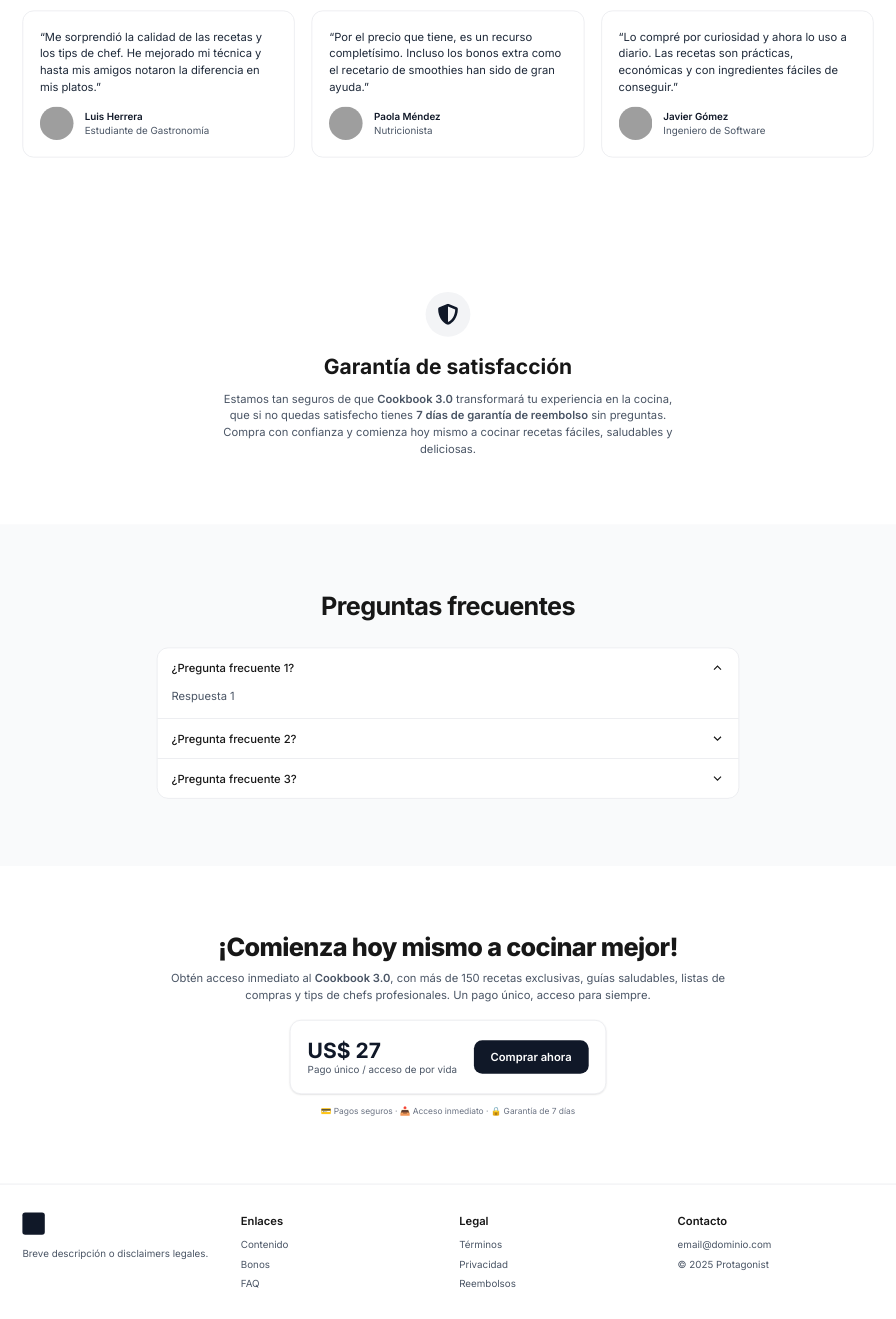
Repository: sazaba/pdfalzate
Page: /
These files come from the project's save history. The page is drawn as it stood at one moment and after the next save; the edit follows.
The browser window is 1280 px wide. The pictures show the part of the page from y = 2430 to 4350 px (the page is 4314 px tall before and 4350 px after), at 70% of full size.
Pictures or frames that could not be fetched are drawn as grey boxes. The project was rebuilt for these pictures with package versions that can differ from the ones it lists, and the page was loaded fresh each time. The framework's server and built-in components were replaced by stand-ins that run in the browser. Also part of the build but not shown: next.config.ts.

Above is the page before, as saved 2025-09-24 12:57:16.

### src/app/layout.tsx
import { Inter } from "next/font/google";
import "./globals.css";

const inter = Inter({ subsets: ["latin"] });

export default function RootLayout({ children }: { children: React.ReactNode }) {
  return (
    <html lang="es" suppressHydrationWarning>
      <body className={`${inter.className} min-h-screen bg-white text-gray-900 antialiased`}>
        {children}
      </body>
    </html>
  );
}

### src/app/page.tsx
import React from 'react'

import Navbar from "./components/Navbar";
import Hero from "./components/Hero";
import TrustBar from "./components/TrustBar";
import WhatYouGet from "./components/WhatYouGet";
import Bonuses from "./components/Bonuses";
import Testimonials from "./components/Testimonials";
import Guarantee from "./components/Guarantee";
import FAQ from "./components/FAQ";
import CTA from "./components/CTA";
import Footer from "./components/Footer";


export default function Page() {
  return (
    <main>
      <Navbar />
      <Hero />
      <TrustBar />
      <WhatYouGet />
      <Bonuses />
      <Testimonials />
      <Guarantee />
      <FAQ />
      <CTA />
      <Footer />
    </main>
  );
}

### src/app/globals.css
@import "tailwindcss";


:root {
  --background: #ffffff;
  --foreground: #171717;
}

@theme inline {
  --color-background: var(--background);
  --color-foreground: var(--foreground);
  --font-sans: var(--font-geist-sans);
  --font-mono: var(--font-geist-mono);
}

@media (prefers-color-scheme: dark) {
  :root {
    --background: #0a0a0a;
    --foreground: #ededed;
  }
}

body {
  background: var(--background);
  color: var(--foreground);
  font-family: Arial, Helvetica, sans-serif;
}

### src/app/components/Hero.tsx
import Image from "next/image";
import cook from '../images/cook.webp'

export default function Hero() {
  return (
    <section className="relative overflow-hidden">
      <div className="mx-auto max-w-7xl px-4 sm:px-6 lg:px-8 py-14 sm:py-20 grid items-center gap-10 lg:grid-cols-2">
        {/* Texto */}
        <div className="space-y-6">
          <p className="inline-flex items-center gap-2 rounded-full bg-gray-100 px-3 py-1 text-xs font-medium text-gray-700">
            <span>Lanzamiento</span>
            <span className="h-1 w-1 rounded-full bg-gray-400"></span>
            <span>Incluye 150+ recetas</span>
          </p>

          <h1 className="text-4xl sm:text-5xl lg:text-6xl font-extrabold tracking-tight leading-tight">
            COOKBOOK 3.0{" "}
            <br/>
            <span className="text-gray-500">(By RC Servicios Generales)</span>
          </h1>

          <p className="text-lg sm:text-xl text-gray-600">
            El eBook definitivo para cocinar en casa: recetas rápidas, saludables y
            sorprendentes listas en 15–30 minutos. Incluye menús semanales, lista de
            compras y variaciones para vegetarianos y carnívoros.
          </p>

          <div className="flex flex-col sm:flex-row items-stretch sm:items-center gap-3">
            <a
              href="#cta"
              className="inline-flex items-center justify-center rounded-lg bg-gray-900 px-5 py-3 text-white font-semibold"
            >
              Comprar ahora
            </a>
            <a
              href="#whatyouget"
              className="inline-flex items-center justify-center rounded-lg border border-gray-300 px-5 py-3 font-semibold"
            >
              Ver lo que incluye
            </a>
          </div>

          {/* Bullets rápidos */}
          <ul className="grid grid-cols-2 sm:grid-cols-3 gap-3 pt-4 text-sm text-gray-700">
            <li className="flex items-center gap-2">
              <span className="h-2 w-2 rounded-full bg-gray-900" />
              Descarga inmediata (PDF/EPUB)
            </li>
            <li className="flex items-center gap-2">
              <span className="h-2 w-2 rounded-full bg-gray-900" />
              Actualizaciones gratuitas
            </li>
            <li className="flex items-center gap-2">
              <span className="h-2 w-2 rounded-full bg-gray-900" />
              Garantía 7 días
            </li>
          </ul>
        </div>

        {/* Imagen/video */}
        <div className="relative aspect-[4/3] w-full rounded-2xl bg-gray-100 shadow-sm">
          {/* Deja el src vacío y reemplázalo por tu portada/mockup */}
          <Image alt="Portada de COOKBOOK 3.0" src={cook} fill className="object-cover rounded-2xl" />
        </div>
      </div>
    </section>
  );
}

### src/app/components/TrustBar.tsx
import { FaAmazon, FaCcVisa, FaCcPaypal, FaCcMastercard } from "react-icons/fa";

export default function TrustBar() {
  return (
    <section className="border-y border-gray-200 bg-gray-50">
      <div className="mx-auto max-w-7xl px-4 sm:px-6 lg:px-8 py-6 grid grid-cols-2 sm:grid-cols-4 gap-4 text-center text-sm text-gray-600">
        <div className="flex items-center justify-center gap-2 text-gray-700">
          <FaAmazon className="text-2xl" />
          <span className="hidden sm:inline">Amazon</span>
        </div>
        <div className="flex items-center justify-center gap-2 text-gray-700">
          <FaCcVisa className="text-2xl" />
          <span className="hidden sm:inline">Visa</span>
        </div>
        <div className="flex items-center justify-center gap-2 text-gray-700">
          <FaCcPaypal className="text-2xl" />
          <span className="hidden sm:inline">PayPal</span>
        </div>
        <div className="flex items-center justify-center gap-2 text-gray-700">
          <FaCcMastercard className="text-2xl" />
          <span className="hidden sm:inline">Mastercard</span>
        </div>
      </div>
    </section>
  );
}

### src/app/components/WhatYouGet.tsx
import { FaUtensils, FaLeaf, FaShoppingBasket } from "react-icons/fa";
import { GiChefToque } from "react-icons/gi"; // <- chef hat

export default function WhatYouGet() {
  const items = [
    {
      title: "Recetas exclusivas",
      desc: "Más de 150 recetas fáciles y rápidas para desayunos, almuerzos, cenas y postres, con instrucciones paso a paso.",
      icon: <FaUtensils className="text-2xl text-gray-900" />,
    },
    {
      title: "Guías de cocina saludable",
      desc: "Secciones dedicadas a opciones vegetarianas, veganas y sin gluten, pensadas para cuidar tu salud sin perder sabor.",
      icon: <FaLeaf className="text-2xl text-gray-900" />,
    },
    {
      title: "Listas de compras",
      desc: "Organiza tu semana con listas de compras prácticas y menús semanales que ahorran tiempo y dinero.",
      icon: <FaShoppingBasket className="text-2xl text-gray-900" />,
    },
    {
      title: "Tips de chef",
      desc: "Consejos profesionales para mejorar tus técnicas en la cocina: cortes, tiempos de cocción y trucos de presentación.",
      icon: <GiChefToque className="text-2xl text-gray-900" />, // <- reemplazo
    },
  ];

  return (
    <section id="whatyouget" className="py-16 sm:py-24">
      <div className="mx-auto max-w-7xl px-4 sm:px-6 lg:px-8">
        <div className="max-w-2xl mb-10">
          <h2 className="text-3xl sm:text-4xl font-bold tracking-tight">
            ¿Qué obtienes con Cookbook 3.0?
          </h2>
          <p className="mt-3 text-gray-600">
            Todo lo que necesitas para convertir tu cocina en un espacio creativo,
            organizado y lleno de sabor. Este ebook no es solo un recetario,
            es tu guía práctica para comer mejor cada día.
          </p>
        </div>

        <div className="grid gap-6 sm:grid-cols-2 lg:grid-cols-4">
          {items.map((it, i) => (
            <div key={i} className="rounded-2xl border border-gray-200 p-6 hover:shadow-sm transition">
              <div className="h-10 w-10 flex items-center justify-center rounded-lg bg-gray-100 mb-4">
                {it.icon}
              </div>
              <h3 className="font-semibold">{it.title}</h3>
              <p className="text-sm text-gray-600 mt-2">{it.desc}</p>
            </div>
          ))}
        </div>
      </div>
    </section>
  );
}

### src/app/components/Bonuses.tsx
import { FaBlender, FaMugHot, FaLeaf, FaFilePdf } from "react-icons/fa";

export default function Bonuses() {
  const bonuses = [
    {
      title: "Recetario de Smoothies",
      desc: "15 recetas exclusivas de batidos energéticos y saludables para complementar tu día.",
      value: "US$9",
      icon: <FaBlender className="text-2xl text-gray-900" />,
    },
    {
      title: "Guía de Cafés y Tés",
      desc: "Descubre combinaciones y trucos para preparar cafés y tés como un barista en casa.",
      value: "US$7",
      icon: <FaMugHot className="text-2xl text-gray-900" />,
    },
    {
      title: "Mini Ebook Veggie",
      desc: "10 recetas vegetarianas fáciles y deliciosas, ideales para tus menús semanales.",
      value: "US$5",
      icon: <FaLeaf className="text-2xl text-gray-900" />,
    },
    {
      title: "Planner Imprimible",
      desc: "Un planificador semanal en PDF para organizar tus comidas y listas de compras.",
      value: "US$4",
      icon: <FaFilePdf className="text-2xl text-gray-900" />,
    },
  ];

  return (
    <section id="bonuses" className="py-16 sm:py-24 bg-gray-50">
      <div className="mx-auto max-w-7xl px-4 sm:px-6 lg:px-8">
        <div className="max-w-2xl mb-10">
          <h2 className="text-3xl sm:text-4xl font-bold tracking-tight">
            Bonos incluidos
          </h2>
          <p className="mt-3 text-gray-600">
            Además del Cookbook 3.0, recibirás estos recursos extra para potenciar
            tu experiencia en la cocina.
          </p>
        </div>

        <div className="grid gap-6 sm:grid-cols-2 lg:grid-cols-4">
          {bonuses.map((b, i) => (
            <div
              key={i}
              className="rounded-2xl border border-gray-200 bg-white p-6 hover:shadow-sm transition"
            >
              <div className="h-10 w-10 flex items-center justify-center rounded-lg bg-gray-100 mb-4">
                {b.icon}
              </div>
              <h3 className="font-semibold">{b.title}</h3>
              <p className="text-sm text-gray-600 mt-2">{b.desc}</p>
              <div className="mt-4 text-xs uppercase tracking-wide text-gray-500">
                Valor: {b.value}
              </div>
            </div>
          ))}
        </div>
      </div>
    </section>
  );
}

### src/app/components/Guarantee.tsx
import { FaShieldAlt } from "react-icons/fa";

export default function Guarantee() {
  return (
    <section className="py-16 sm:py-24 bg-white">
      <div className="mx-auto max-w-5xl px-4 sm:px-6 lg:px-8 text-center">
        {/* Icono premium de garantía */}
        <div className="mx-auto h-16 w-16 flex items-center justify-center rounded-full bg-gray-100 text-gray-900">
          <FaShieldAlt className="text-3xl" />
        </div>

        <h3 className="mt-6 text-2xl sm:text-3xl font-bold">
          Garantía de satisfacción
        </h3>

        <p className="mt-4 text-gray-600 max-w-2xl mx-auto">
          Estamos tan seguros de que <span className="font-semibold">Cookbook
          3.0</span> transformará tu experiencia en la cocina, que si no quedas
          satisfecho tienes <span className="font-semibold">7 días de garantía
          de reembolso</span> sin preguntas.
          <br />
          Compra con confianza y comienza hoy mismo a cocinar recetas fáciles,
          saludables y deliciosas.
        </p>
      </div>
    </section>
  );
}

### src/app/components/FAQ.tsx
"use client";
import { useState } from "react";

type FAQItem = { q: string; a: string };

const faqs: FAQItem[] = [
  { q: "¿Pregunta frecuente 1?", a: "Respuesta 1" },
  { q: "¿Pregunta frecuente 2?", a: "Respuesta 2" },
  { q: "¿Pregunta frecuente 3?", a: "Respuesta 3" },
];

export default function FAQ() {
  const [openIndex, setOpenIndex] = useState<number | null>(0);

  return (
    <section id="faq" className="py-16 sm:py-24 bg-gray-50">
      <div className="mx-auto max-w-4xl px-4 sm:px-6 lg:px-8">
        <h2 className="text-3xl sm:text-4xl font-bold tracking-tight text-center">
          Preguntas frecuentes
        </h2>

        <div className="mt-10 divide-y divide-gray-200 rounded-2xl border border-gray-200 bg-white">
          {faqs.map((item, i) => {
            const isOpen = openIndex === i;
            return (
              <div key={i}>
                <button
                  onClick={() => setOpenIndex(isOpen ? null : i)}
                  className="w-full px-5 py-4 text-left flex items-center justify-between"
                >
                  <span className="font-medium">{item.q}</span>
                  <svg
                    className={`h-5 w-5 transition ${isOpen ? "rotate-180" : "rotate-0"}`}
                    viewBox="0 0 24 24"
                    fill="none"
                    stroke="currentColor"
                    strokeWidth={2}
                  >
                    <path d="M6 9l6 6 6-6" />
                  </svg>
                </button>
                {isOpen && (
                  <div className="px-5 pb-5 text-gray-600">{item.a}</div>
                )}
              </div>
            );
          })}
        </div>
      </div>
    </section>
  );
}

### src/app/components/CTA.tsx
export default function CTA() {
  return (
    <section id="cta" className="py-16 sm:py-24">
      <div className="mx-auto max-w-4xl px-4 sm:px-6 lg:px-8 text-center">
        <h2 className="text-3xl sm:text-4xl font-extrabold tracking-tight">
          ¡Comienza hoy mismo a cocinar mejor!
        </h2>
        <p className="mt-3 text-gray-600">
          Obtén acceso inmediato al <span className="font-semibold">Cookbook 3.0</span>,
          con más de 150 recetas exclusivas, guías saludables, listas de compras
          y tips de chefs profesionales. Un pago único, acceso para siempre.
        </p>

        <div className="mt-6 inline-flex flex-col sm:flex-row items-center rounded-2xl border border-gray-200 p-6 shadow-sm gap-4 sm:gap-6">
          <div className="text-left">
            <div className="text-3xl font-bold text-gray-900">US$ 27</div>
            <div className="text-sm text-gray-600">Pago único / acceso de por vida</div>
          </div>

          <a
            href="#"
            className="inline-flex items-center rounded-xl bg-gray-900 px-6 py-3 font-semibold text-white hover:opacity-90"
          >
            Comprar ahora
          </a>
        </div>

        <p className="mt-4 text-xs text-gray-500">
          💳 Pagos seguros · 📥 Acceso inmediato · 🔒 Garantía de 7 días
        </p>
      </div>
    </section>
  );
}

### src/app/components/Footer.tsx
export default function Footer() {
    return (
      <footer className="border-t border-gray-200 bg-white">
        <div className="mx-auto max-w-7xl px-4 sm:px-6 lg:px-8 py-10 grid gap-8 sm:grid-cols-2 lg:grid-cols-4">
          {/* Columna 1: Marca */}
          <div>
            <div className="h-8 w-8 rounded bg-gray-900" />
            <p className="mt-4 text-sm text-gray-600 max-w-xs">
              Breve descripción o disclaimers legales.
            </p>
          </div>

          {/* Columna 2: Enlaces */}
          <div>
            <h4 className="font-semibold">Enlaces</h4>
            <ul className="mt-3 space-y-2 text-sm text-gray-600">
              <li><a href="#whatyouget" className="hover:text-gray-900">Contenido</a></li>
              <li><a href="#bonuses" className="hover:text-gray-900">Bonos</a></li>
              <li><a href="#faq" className="hover:text-gray-900">FAQ</a></li>
            </ul>
          </div>

          {/* Columna 3: Legal */}
          <div>
            <h4 className="font-semibold">Legal</h4>
            <ul className="mt-3 space-y-2 text-sm text-gray-600">
              <li><a href="#" className="hover:text-gray-900">Términos</a></li>
              <li><a href="#" className="hover:text-gray-900">Privacidad</a></li>
              <li><a href="#" className="hover:text-gray-900">Reembolsos</a></li>
            </ul>
          </div>

          {/* Columna 4: Contacto */}
          <div>
            <h4 className="font-semibold">Contacto</h4>
            <ul className="mt-3 space-y-2 text-sm text-gray-600">
              <li>email@dominio.com</li>
              <li>© {new Date().getFullYear()} Protagonist</li>
            </ul>
          </div>
        </div>
      </footer>
    );
  }

Loaded but not shown: src/app/components/Testimonials.tsx (87 lines, source omitted); src/app/components/Navbar.tsx (100 lines, source omitted)

After the next save:
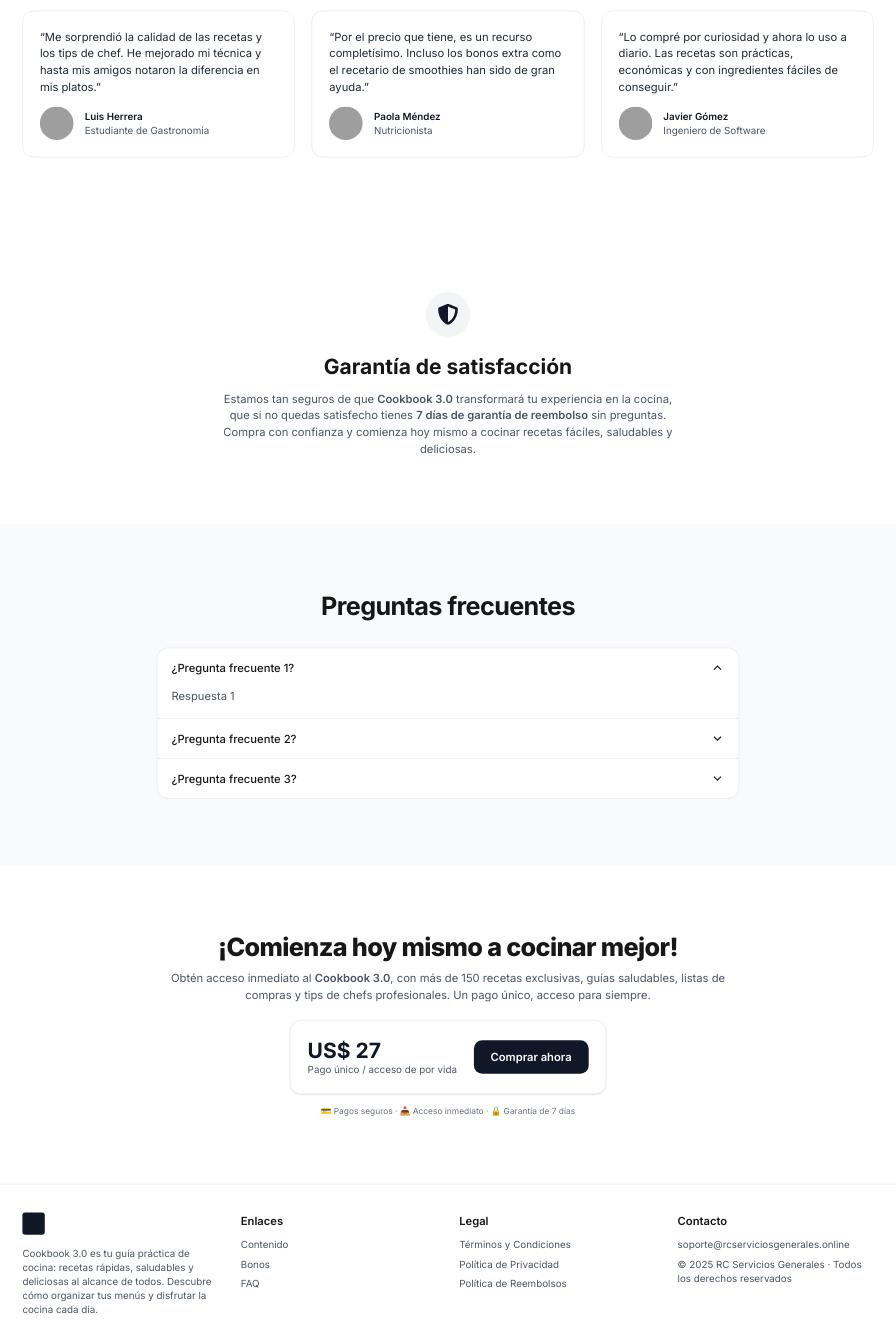
Saved 53 s later.
--- a/src/app/components/Footer.tsx
+++ b/src/app/components/Footer.tsx
@@ -1,44 +1,80 @@
 export default function Footer() {
-    return (
-      <footer className="border-t border-gray-200 bg-white">
-        <div className="mx-auto max-w-7xl px-4 sm:px-6 lg:px-8 py-10 grid gap-8 sm:grid-cols-2 lg:grid-cols-4">
-          {/* Columna 1: Marca */}
-          <div>
-            <div className="h-8 w-8 rounded bg-gray-900" />
-            <p className="mt-4 text-sm text-gray-600 max-w-xs">
-              Breve descripción o disclaimers legales.
-            </p>
-          </div>
+  return (
+    <footer className="border-t border-gray-200 bg-white">
+      <div className="mx-auto max-w-7xl px-4 sm:px-6 lg:px-8 py-10 grid gap-8 sm:grid-cols-2 lg:grid-cols-4">
+        {/* Columna 1: Marca */}
+        <div>
+          <div className="h-8 w-8 rounded bg-gray-900" />
+          <p className="mt-4 text-sm text-gray-600 max-w-xs">
+            Cookbook 3.0 es tu guía práctica de cocina: recetas rápidas,
+            saludables y deliciosas al alcance de todos.
+            Descubre cómo organizar tus menús y disfrutar la cocina cada día.
+          </p>
+        </div>
 
-          {/* Columna 2: Enlaces */}
-          <div>
-            <h4 className="font-semibold">Enlaces</h4>
-            <ul className="mt-3 space-y-2 text-sm text-gray-600">
-              <li><a href="#whatyouget" className="hover:text-gray-900">Contenido</a></li>
-              <li><a href="#bonuses" className="hover:text-gray-900">Bonos</a></li>
-              <li><a href="#faq" className="hover:text-gray-900">FAQ</a></li>
-            </ul>
-          </div>
+        {/* Columna 2: Enlaces */}
+        <div>
+          <h4 className="font-semibold">Enlaces</h4>
+          <ul className="mt-3 space-y-2 text-sm text-gray-600">
+            <li>
+              <a href="#whatyouget" className="hover:text-gray-900">
+                Contenido
+              </a>
+            </li>
+            <li>
+              <a href="#bonuses" className="hover:text-gray-900">
+                Bonos
+              </a>
+            </li>
+            <li>
+              <a href="#faq" className="hover:text-gray-900">
+                FAQ
+              </a>
+            </li>
+          </ul>
+        </div>
 
-          {/* Columna 3: Legal */}
-          <div>
-            <h4 className="font-semibold">Legal</h4>
-            <ul className="mt-3 space-y-2 text-sm text-gray-600">
-              <li><a href="#" className="hover:text-gray-900">Términos</a></li>
-              <li><a href="#" className="hover:text-gray-900">Privacidad</a></li>
-              <li><a href="#" className="hover:text-gray-900">Reembolsos</a></li>
-            </ul>
-          </div>
+        {/* Columna 3: Legal */}
+        <div>
+          <h4 className="font-semibold">Legal</h4>
+          <ul className="mt-3 space-y-2 text-sm text-gray-600">
+            <li>
+              <a href="#" className="hover:text-gray-900">
+                Términos y Condiciones
+              </a>
+            </li>
+            <li>
+              <a href="#" className="hover:text-gray-900">
+                Política de Privacidad
+              </a>
+            </li>
+            <li>
+              <a href="#" className="hover:text-gray-900">
+                Política de Reembolsos
+              </a>
+            </li>
+          </ul>
+        </div>
 
-          {/* Columna 4: Contacto */}
-          <div>
-            <h4 className="font-semibold">Contacto</h4>
-            <ul className="mt-3 space-y-2 text-sm text-gray-600">
-              <li>email@dominio.com</li>
-              <li>© {new Date().getFullYear()} Protagonist</li>
-            </ul>
-          </div>
+        {/* Columna 4: Contacto */}
+        <div>
+          <h4 className="font-semibold">Contacto</h4>
+          <ul className="mt-3 space-y-2 text-sm text-gray-600">
+            <li>
+              <a
+                href="mailto:soporte@rcserviciosgenerales.online"
+                className="hover:text-gray-900"
+              >
+                soporte@rcserviciosgenerales.online
+              </a>
+            </li>
+            <li>
+              © {new Date().getFullYear()} RC Servicios Generales · Todos los
+              derechos reservados
+            </li>
+          </ul>
         </div>
-      </footer>
-    );
-  }
+      </div>
+    </footer>
+  );
+}
